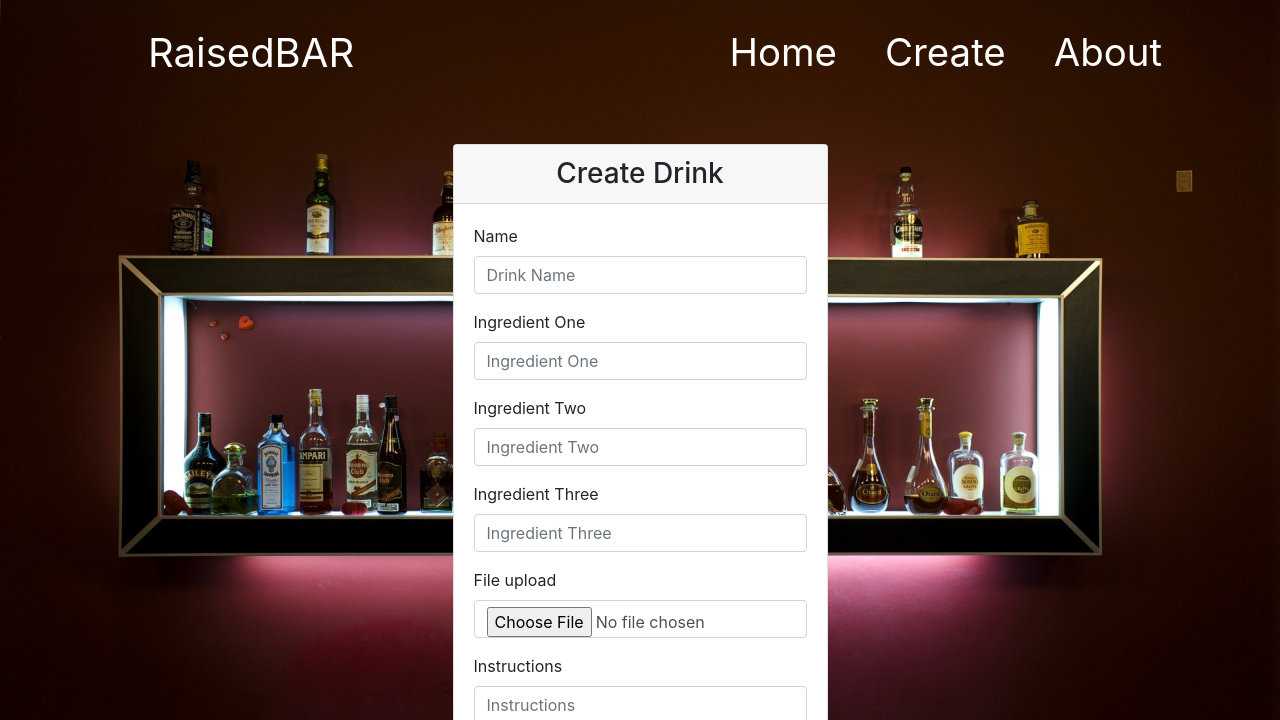
Repository: Ianodad/RaisedBar
Page: /create-drink
An editor plug-in stored every save of this project. The page is shown before and after the next save, followed by the edit.
The browser window is 1280 px wide. The pictures show the whole page.
The project was rebuilt for these pictures with package versions that can differ from the ones it lists, and the page was loaded fresh each time. Also part of the build but not shown: src/api/client.js, src/api/cocktaildb.js, src/component/Search/index.js, src/component/Common/Button/Button.js, src/pages/Home.css, src/component/Common/showCard/Card.css, src/component/Common/showCard/Card.js, src/component/CollectionView/index.js and 4 more.

Above is the page before, as saved 2021-02-02 09:26:49.

After the next save:
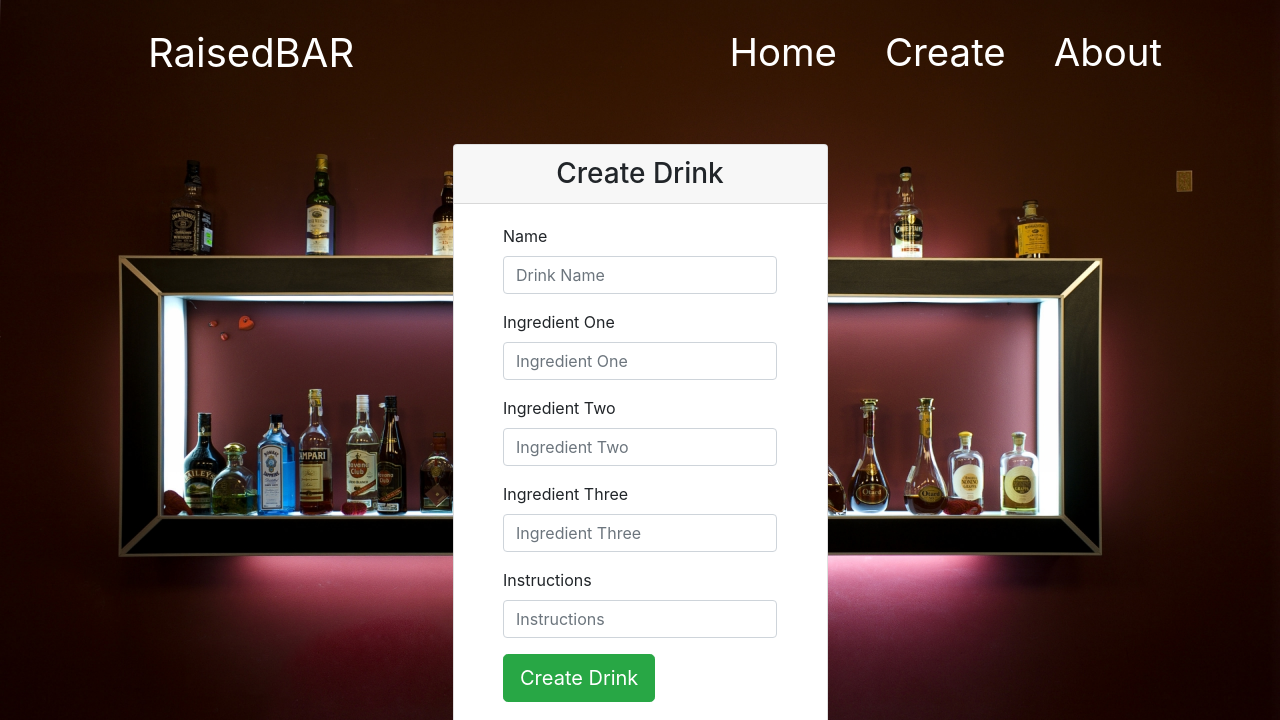
Saved 4 min 35 s later.
--- a/src/pages/CreateDrink.js
+++ b/src/pages/CreateDrink.js
@@ -150,7 +150,7 @@ class CreateDrink extends Component {
                       required
                     />
                   </div>
-                  <div className="form-group">
+                  {/* <div className="form-group">
                     <label for="file">File upload</label>
                     <input
                       id="file"
@@ -159,7 +159,7 @@ class CreateDrink extends Component {
                       onChange={handleChange("file")}
                       className="form-control"
                     />
-                  </div>
+                  </div> */}
                   <div className="form-group">
                     <label htmlFor="instructions">Instructions</label>
                     <input
